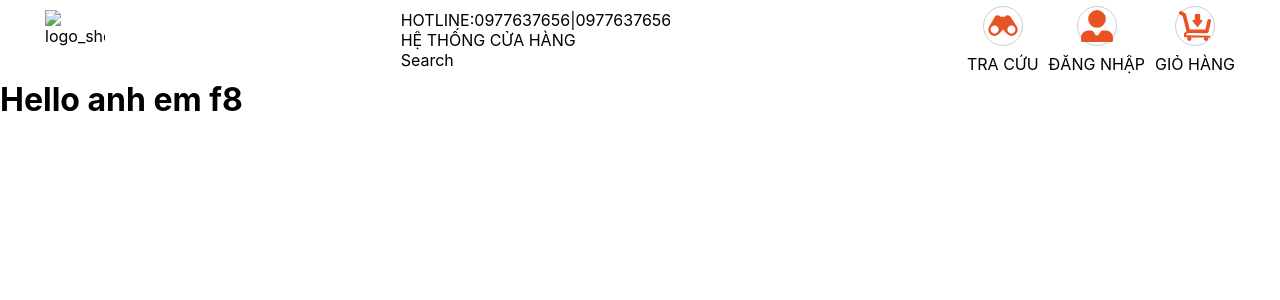
Repository: manhhieu120499/BadmintonShop
Page: /
An editor plug-in stored every save of this project. The page is shown before and after the next save, followed by the edit.
The browser window is 1280 px wide. The pictures show the whole page.
The project was rebuilt for these pictures with package versions that can differ from the ones it lists, and the page was loaded fresh each time.

Above is the page before, as saved 2024-08-19 10:06:35.

After the next save:
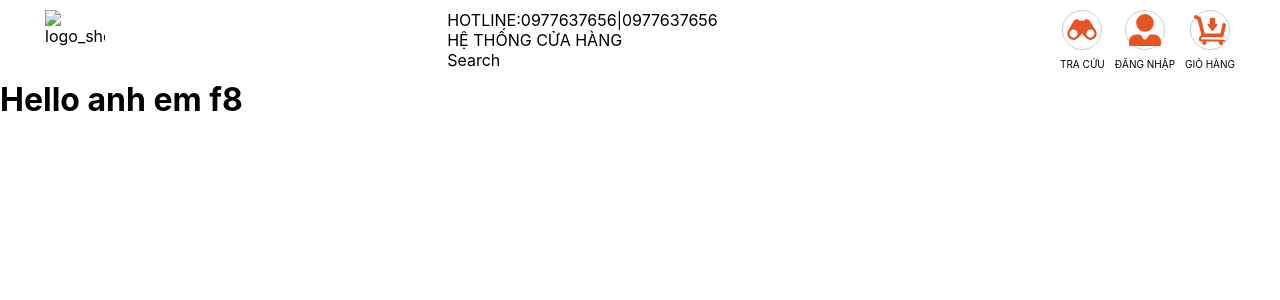
Saved 7 s later.
--- a/src/components/Button/Button.module.scss
+++ b/src/components/Button/Button.module.scss
@@ -16,5 +16,5 @@
 
 .title {
 	margin-top: 8px;
-	font-size: 10;
+	font-size: 10px;
 }
